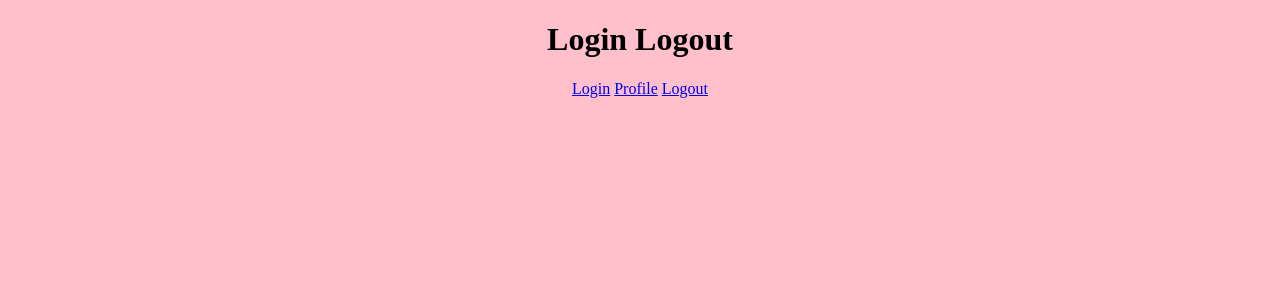
Repository: niket024/Servlet-Tutorial
Page: LoginLogout/WebContent/home.html
These files come from the project's save history. The page is drawn as it stood at one moment and after the next save; the edit follows.
The browser window is 1280 px wide. The pictures show the whole page.

Above is the page before, as saved 2016-08-18 16:44:27.

After the next save:
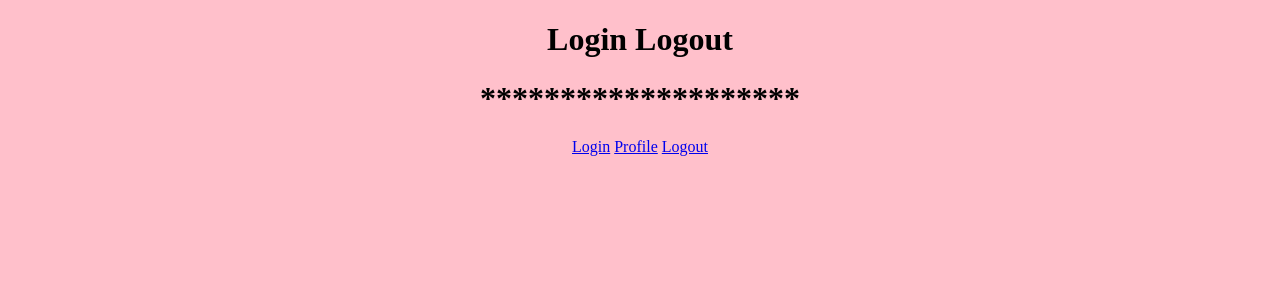
Saved 11 s later.
--- a/LoginLogout/WebContent/home.html
+++ b/LoginLogout/WebContent/home.html
@@ -7,6 +7,7 @@
 <body bgcolor="pink">
 <center>
 <h1>Login Logout</h1>
+<h1>********************</h1>
 <a href="Login">Login</a>
 <a href="Profile">Profile</a>
 <a href="Logout">Logout</a>
